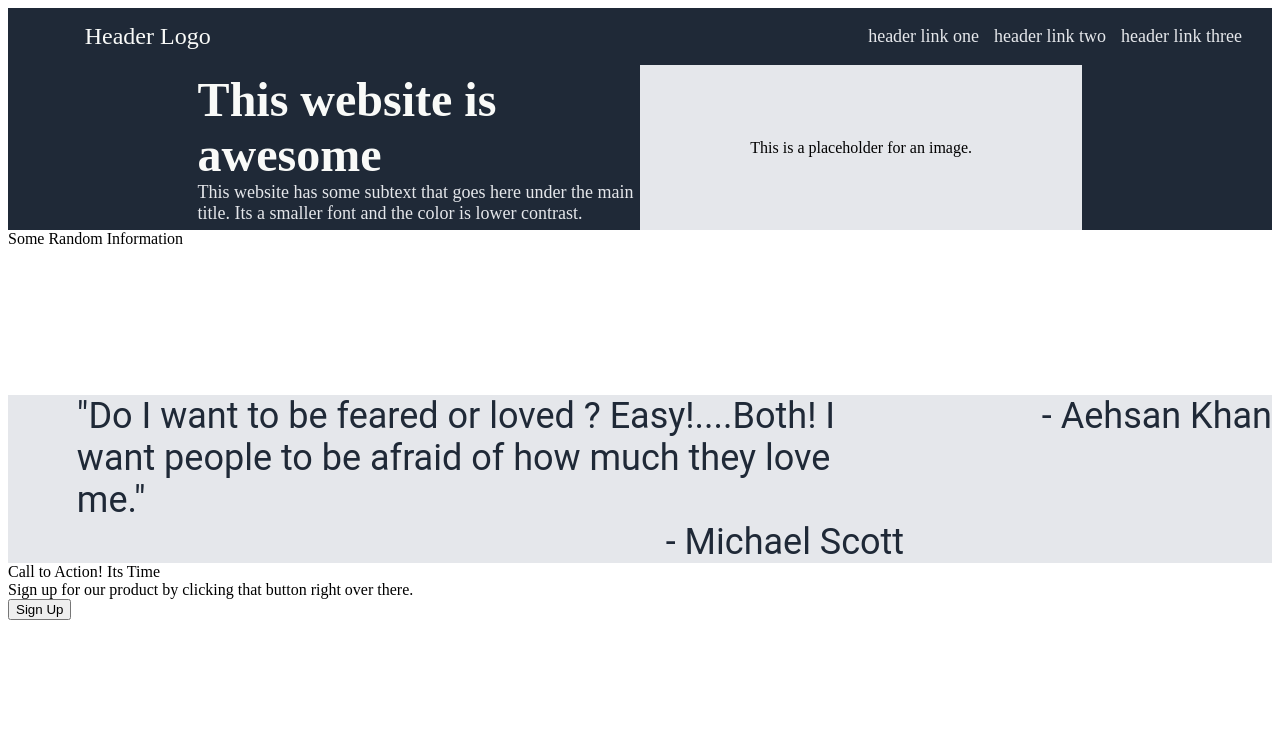
Repository: Aehsan4004/odinlandpage
Page: index.html
The author's editor kept a copy of each file at every save. The page is drawn from the files as they stood at one save, then again after the next save.
The browser window is 1280 px wide. The pictures show the whole page.

Above is the page before, as saved 2025-02-10 17:46:24.

After the next save:
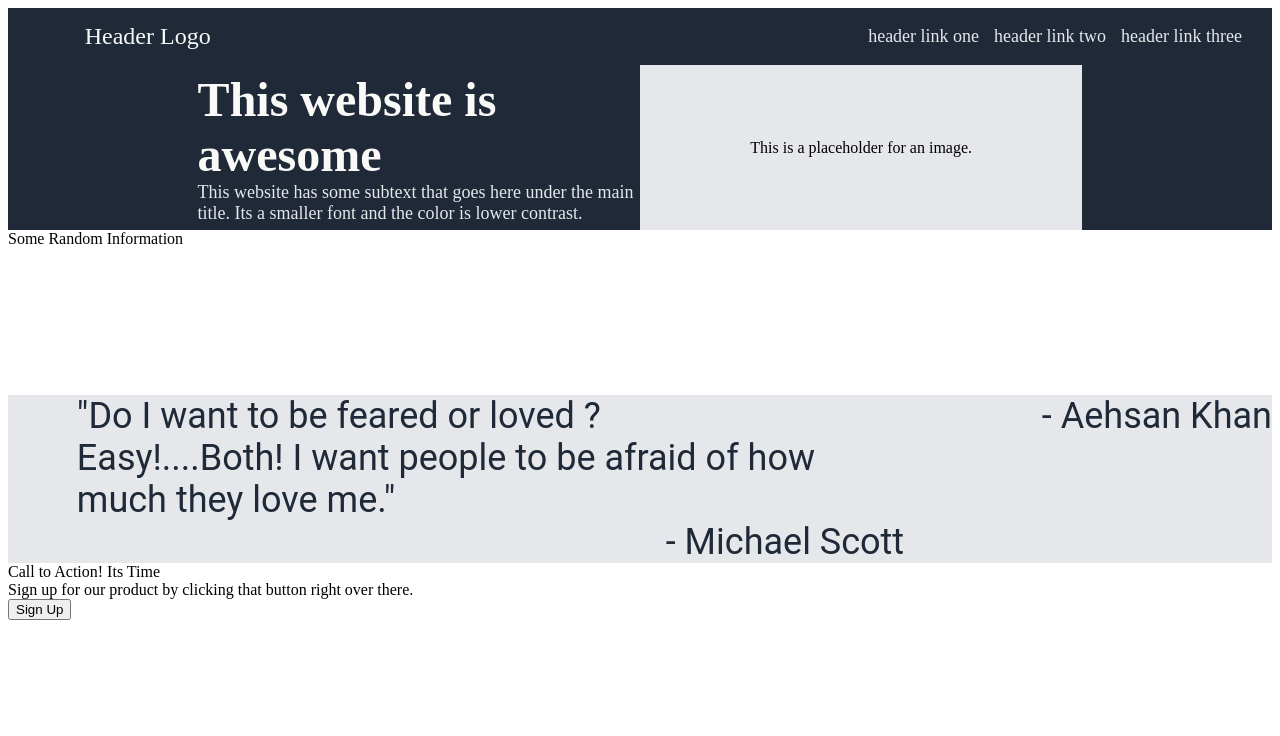
Saved 55 s later.
--- a/index.html
+++ b/index.html
@@ -52,7 +52,7 @@
 
     <div class="four">
         <div class="quote">
-            "Do I want to be feared or loved ?
+            "Do I want to be feared or loved ? <br>
              Easy!....Both!
              I want people to be afraid of how much they love me."
         </div>

After the save that followed:
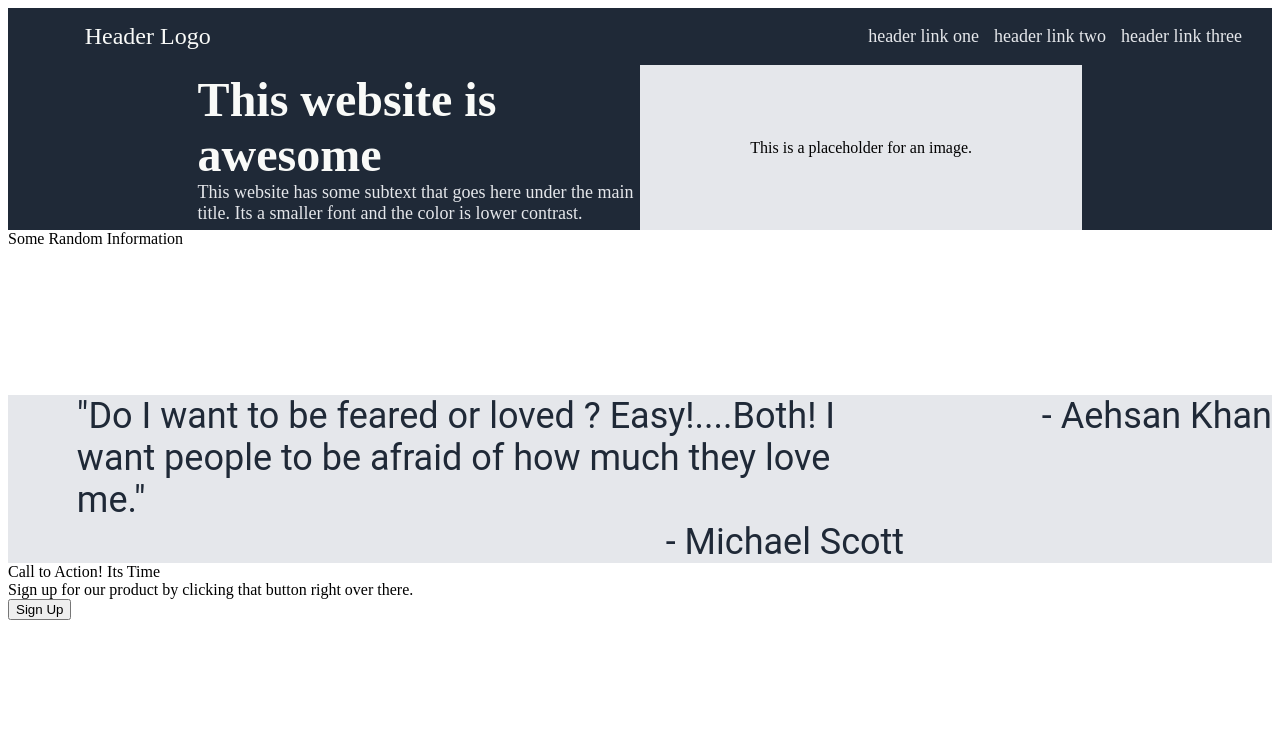
Saved 35 s later.
--- a/index.html
+++ b/index.html
@@ -52,7 +52,7 @@
 
     <div class="four">
         <div class="quote">
-            "Do I want to be feared or loved ? <br>
+            "Do I want to be feared or loved ?
              Easy!....Both!
              I want people to be afraid of how much they love me."
         </div>
